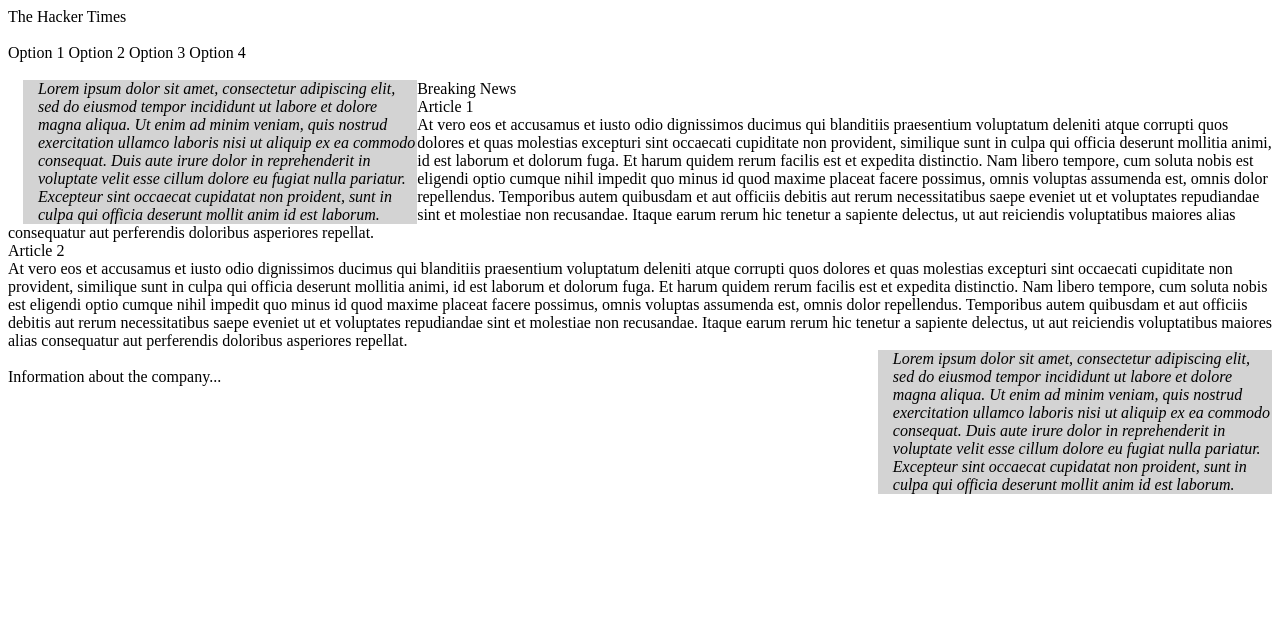
Repository: HackerUSA-CE/CSS-My-CSS-Garden
Page: index.html
These files come from the project's save history. The page is drawn as it stood at one moment and after the next save; the edit follows.
The browser window is 1280 px wide. The pictures show the whole page.

Above is the page before, as saved 2020-12-02 11:27:41.

### index.html
<!DOCTYPE html>
<html>

<head>
    <title>The Hacker Times</title>
    <link rel="stylesheet" type="text/css" href="main.css" />
</head>

<body>
    <header>
        The Hacker Times
    </header>
    <br/>
    <nav>
        <a>Option 1</a>
        <a>Option 2</a>
        <a>Option 3</a>
        <a>Option 4</a>
    </nav>
    <br/>
    <aside class="aside-left">
        Lorem ipsum dolor sit amet, consectetur adipiscing elit, sed do eiusmod tempor incididunt ut labore et dolore magna aliqua. Ut enim ad minim veniam, quis nostrud exercitation ullamco laboris nisi ut aliquip ex ea commodo consequat. Duis aute irure dolor
        in reprehenderit in voluptate velit esse cillum dolore eu fugiat nulla pariatur. Excepteur sint occaecat cupidatat non proident, sunt in culpa qui officia deserunt mollit anim id est laborum.
    </aside>
    <section>
        Breaking News
        <header>Article 1</header>
        <article>
            At vero eos et accusamus et iusto odio dignissimos ducimus qui blanditiis praesentium voluptatum deleniti atque corrupti quos dolores et quas molestias excepturi sint occaecati cupiditate non provident, similique sunt in culpa qui officia deserunt mollitia
            animi, id est laborum et dolorum fuga. Et harum quidem rerum facilis est et expedita distinctio. Nam libero tempore, cum soluta nobis est eligendi optio cumque nihil impedit quo minus id quod maxime placeat facere possimus, omnis voluptas
            assumenda est, omnis dolor repellendus. Temporibus autem quibusdam et aut officiis debitis aut rerum necessitatibus saepe eveniet ut et voluptates repudiandae sint et molestiae non recusandae. Itaque earum rerum hic tenetur a sapiente delectus,
            ut aut reiciendis voluptatibus maiores alias consequatur aut perferendis doloribus asperiores repellat.
        </article>
        <header>Article 2</header>
        <article>
            At vero eos et accusamus et iusto odio dignissimos ducimus qui blanditiis praesentium voluptatum deleniti atque corrupti quos dolores et quas molestias excepturi sint occaecati cupiditate non provident, similique sunt in culpa qui officia deserunt mollitia
            animi, id est laborum et dolorum fuga. Et harum quidem rerum facilis est et expedita distinctio. Nam libero tempore, cum soluta nobis est eligendi optio cumque nihil impedit quo minus id quod maxime placeat facere possimus, omnis voluptas
            assumenda est, omnis dolor repellendus. Temporibus autem quibusdam et aut officiis debitis aut rerum necessitatibus saepe eveniet ut et voluptates repudiandae sint et molestiae non recusandae. Itaque earum rerum hic tenetur a sapiente delectus,
            ut aut reiciendis voluptatibus maiores alias consequatur aut perferendis doloribus asperiores repellat.
        </article>
    </section>
    <aside class="aside-right">
        Lorem ipsum dolor sit amet, consectetur adipiscing elit, sed do eiusmod tempor incididunt ut labore et dolore magna aliqua. Ut enim ad minim veniam, quis nostrud exercitation ullamco laboris nisi ut aliquip ex ea commodo consequat. Duis aute irure dolor
        in reprehenderit in voluptate velit esse cillum dolore eu fugiat nulla pariatur. Excepteur sint occaecat cupidatat non proident, sunt in culpa qui officia deserunt mollit anim id est laborum.
    </aside>
    <br/>
    <footer>
        Information about the company...
    </footer>
</body>

</html>

### main.css
.aside-left {
    width: 30%;
    padding-left: 15px;
    margin-left: 15px;
    float: left;
    font-style: italic;
    background-color: lightgray;
}

.aside-right {
    width: 30%;
    padding-left: 15px;
    margin-left: 15px;
    float: right;
    font-style: italic;
    background-color: lightgray;
}

After the next save:
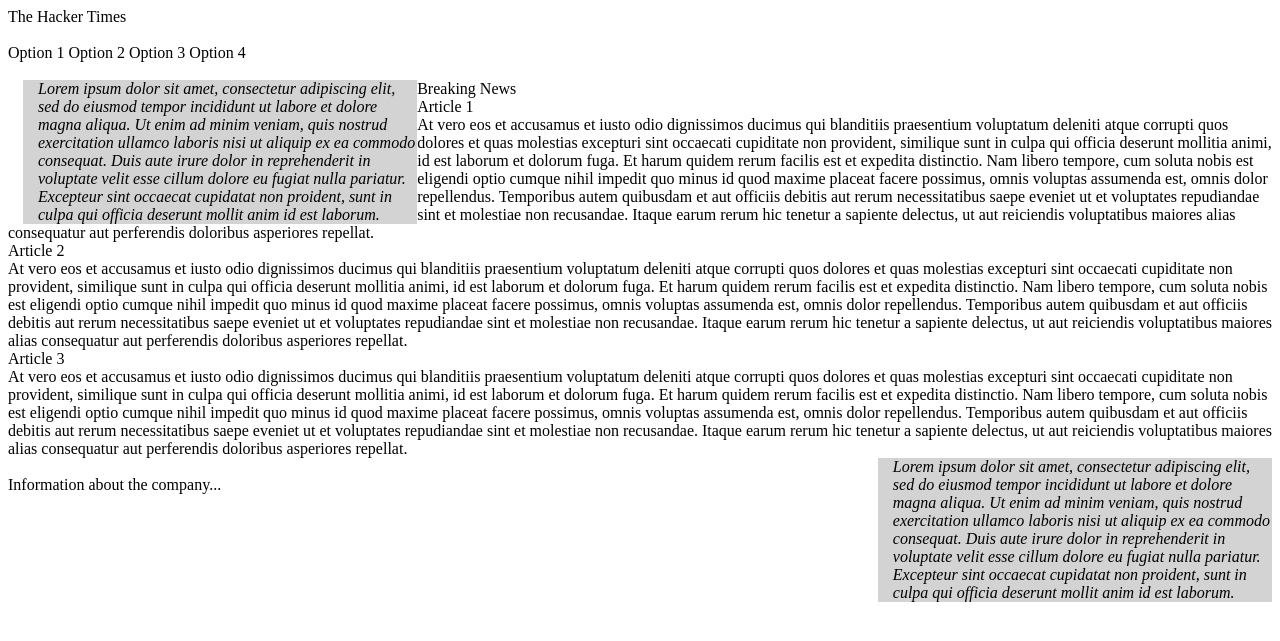
Saved 11 s later.
--- a/index.html
+++ b/index.html
@@ -38,6 +38,13 @@
             assumenda est, omnis dolor repellendus. Temporibus autem quibusdam et aut officiis debitis aut rerum necessitatibus saepe eveniet ut et voluptates repudiandae sint et molestiae non recusandae. Itaque earum rerum hic tenetur a sapiente delectus,
             ut aut reiciendis voluptatibus maiores alias consequatur aut perferendis doloribus asperiores repellat.
         </article>
+        <header>Article 3</header>
+        <article>
+            At vero eos et accusamus et iusto odio dignissimos ducimus qui blanditiis praesentium voluptatum deleniti atque corrupti quos dolores et quas molestias excepturi sint occaecati cupiditate non provident, similique sunt in culpa qui officia deserunt mollitia
+            animi, id est laborum et dolorum fuga. Et harum quidem rerum facilis est et expedita distinctio. Nam libero tempore, cum soluta nobis est eligendi optio cumque nihil impedit quo minus id quod maxime placeat facere possimus, omnis voluptas
+            assumenda est, omnis dolor repellendus. Temporibus autem quibusdam et aut officiis debitis aut rerum necessitatibus saepe eveniet ut et voluptates repudiandae sint et molestiae non recusandae. Itaque earum rerum hic tenetur a sapiente delectus,
+            ut aut reiciendis voluptatibus maiores alias consequatur aut perferendis doloribus asperiores repellat.
+        </article>
     </section>
     <aside class="aside-right">
         Lorem ipsum dolor sit amet, consectetur adipiscing elit, sed do eiusmod tempor incididunt ut labore et dolore magna aliqua. Ut enim ad minim veniam, quis nostrud exercitation ullamco laboris nisi ut aliquip ex ea commodo consequat. Duis aute irure dolor
